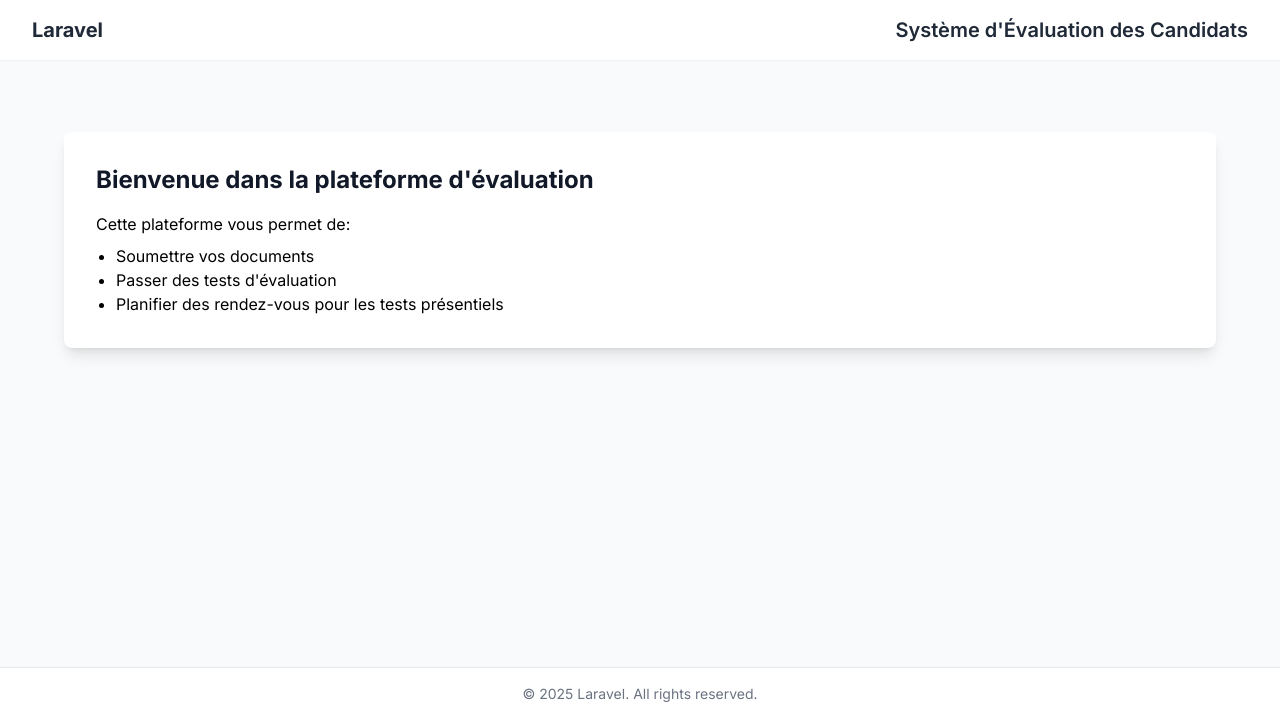
Repository: mohamedm999/Plateforme-de-Tests-d-Acceptation---YouCode-
Page: http://localhost/
The author's editor kept a copy of each file at every save. The page is drawn from the files as they stood at one save, then again after the next save.
The browser window is 1280 px wide. The pictures show the whole page.
Some web libraries are served in a nearby version. The page is served by the project's Laravel application, run on PHP 8.4 with Laravel 8. A made-up administrator, Test User (test@example.com), is signed in.

Above is the page before, as saved 2025-02-26 13:49:07.

After the next save:
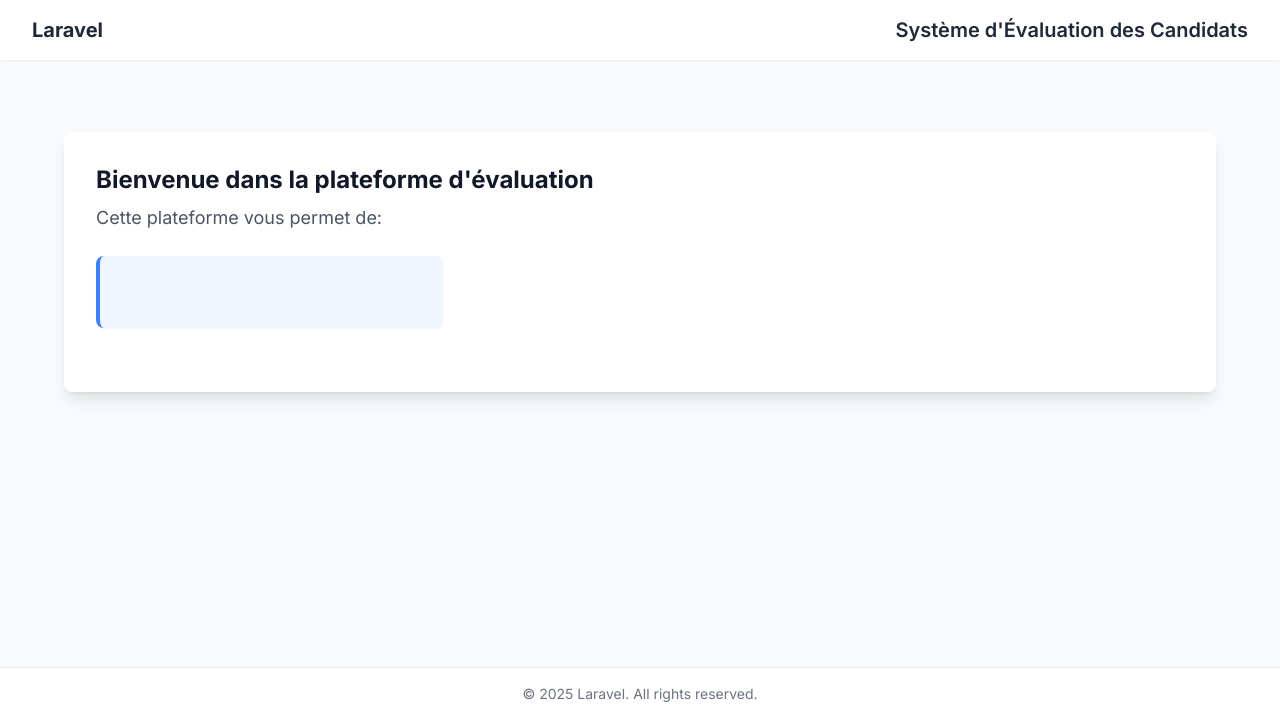
Saved 7 s later.
--- a/projet-evaluation/resources/views/home.blade.php
+++ b/projet-evaluation/resources/views/home.blade.php
@@ -10,14 +10,14 @@
             <div class="bg-white overflow-hidden shadow-lg sm:rounded-lg">
                 <div class="p-8">
                     <h3 class="text-2xl font-bold text-gray-900 mb-2">Bienvenue dans la plateforme d'évaluation</h3>
-                    <p class="mt-4">
+                    <p class="text-gray-600 mb-6 text-lg">
                         Cette plateforme vous permet de:
                     </p>
-                    <ul class="list-disc pl-5 mt-2">
-                        <li>Soumettre vos documents</li>
-                        <li>Passer des tests d'évaluation</li>
-                        <li>Planifier des rendez-vous pour les tests présentiels</li>
-                    </ul>
+
+                    <div class="grid grid-cols-1 md:grid-cols-3 gap-6 mb-8">
+                        <div class="bg-blue-50 p-5 rounded-lg border-l-4 border-blue-500 shadow-sm">
+                            <div class="flex items-center mb-2">
+                                <svg class="w-6 h-6 text-blue-500 mr-2" fill="none" stroke="currentColor" viewBox="0 0 24 24">
 
                     @if (auth()->user()->role === 'candidat')
                         <div class="mt-6">
